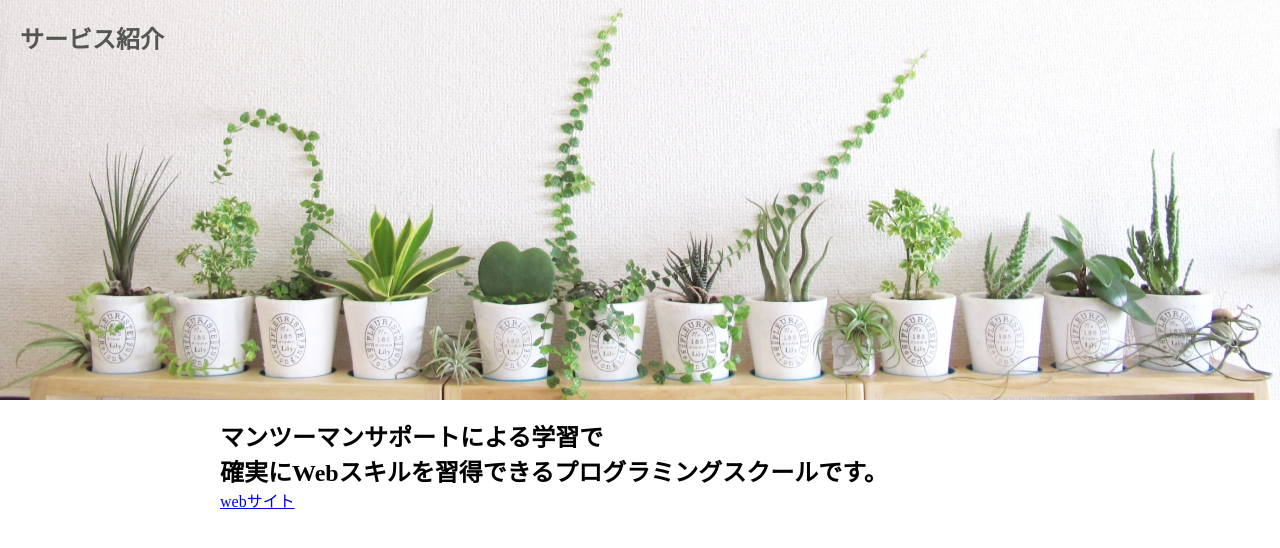
Repository: ryo32sun/Html-Practice
Page: practice/chapter7.html
The author's editor kept a record of every edit. The page is drawn from the files as they stood at one moment, then again after the next edit.
The browser window is 1280 px wide. The pictures show the whole page.

Above is the page before.

After the next edit:
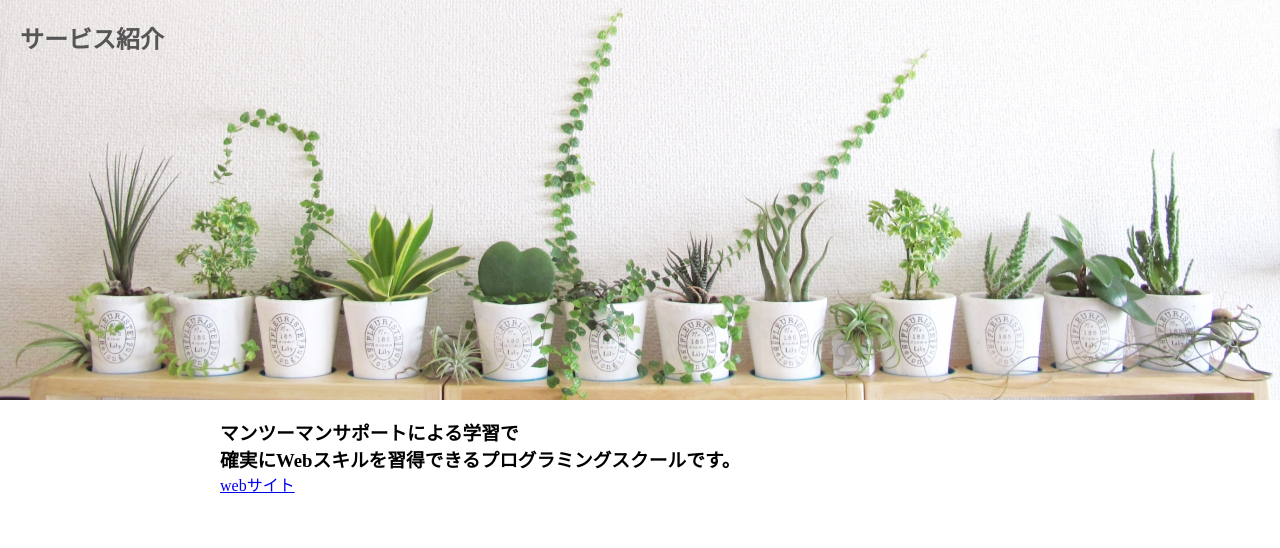
The edit:
--- a/practice/chapter7.html
+++ b/practice/chapter7.html
@@ -15,7 +15,7 @@
   <main>
     <div class="main-image">
       <img scr="wc-logo.png">
-      <h2 class="main-text">
+      <h3 class="main-text">
         マンツーマンサポートによる学習で<br>
         確実にWebスキルを習得できるプログラミングスクールです。
       </h2>
